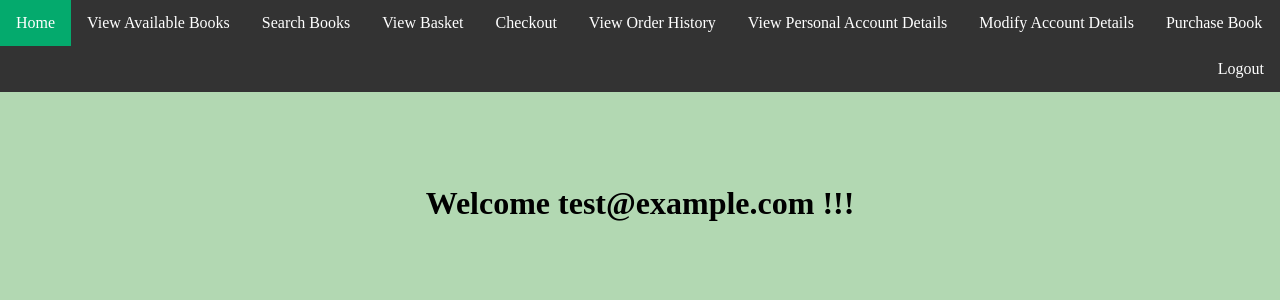
Repository: sach7691/original-book-store
Page: http://localhost/online-book-store-application/dashboard.jsp
These files come from the project's save history. The page is drawn as it stood at one moment and after the next save; the edit follows.
The browser window is 1280 px wide. The pictures show the whole page.
The page is served by Tomcat 9. The session is filled in as if someone had signed in: {"email": "test@example.com"}. Other server files are loaded and not shown. The template is opened directly, without the code that normally fills it, so the values that code supplies are empty.

Above is the page before, as saved 2022-08-26 09:20:47.

### online-book-store-application/src/main/webapp/dashboard.jsp

<%@ page language="java" contentType="text/html; charset=ISO-8859-1"
	pageEncoding="ISO-8859-1"%>
<%@ taglib uri="http://java.sun.com/jsp/jstl/core" prefix="c"%>
<!DOCTYPE html>
<html>
<head>
<meta charset="ISO-8859-1">
<meta name="viewport" content="width=device-width, initial-scale=1.0">
<title>Dashboard</title>
</head>
<body>
	<%

  response.setHeader("Cache-Control", "no-cache,no-store,must-revalidate"); //prevent back button after logout HTTP 1.1
  //HTTP 1.0 and if you use proxy seperatly should remove cache to prevent back button
   response.setHeader("Pragma","no-cache"); //HTTP 1.0
   response.setDateHeader ("Expires", 0);
  if(session.getAttribute("email")==null){
	response.sendRedirect("login.jsp");
}
%>
<style>


body
{
  margin: 0;
  background: rgba(0, 128, 0, 0.3);

}
 letter {
   color: #ea503f;
   font-family: Arial;
   float: center;
 }

ul.topnav {
  list-style-type: none;
  margin: 0;
  padding: 0;
  overflow: hidden;
  background-color: #333;
}

ul.topnav li {float: left;}

ul.topnav li a {
  display: block;
  color: white;
  text-align: center;
  padding: 14px 16px;
  text-decoration: none;
}

ul.topnav li a:hover:not(.active) {background-color: #111;}

ul.topnav li a.active {background-color: #04AA6D;}

ul.topnav li.right {float: right;}

@media screen and (max-width: 600px) {
  ul.topnav li.right,
  ul.topnav li {float: none;}
}
</style>
</head>
<body>
<form action="http://localhost:8080/online-book-store-application/LogoutCustomerServlet" method="GET">
<div>
<ul class="topnav">
  <li><a class="active" href="welcome.jsp">Home</a></li>
    <li><a href="http://localhost:8080/online-book-store-application/ViewBookServlet">View Available Books</a></li>
  <li><a href="search_book.jsp">Search Books</a></li>
  <li><a href="http://localhost:8080/online-book-store-application/BasketViewServlet">View Basket</a></li>
   <li><a href="login.jsp">Checkout</a></li>
  <li><a  href="">View Order History</a></li>
  <li><a href="">View Personal Account Details</a></li>
  <li><a href="">Modify Account Details</a></li>
  <li><a href="">Purchase Book</a></li>
  <li class="right"><a href="login.jsp">Logout</a></li>
</ul>
<br>
<br>
<br>
<br>
</div>
<center>
<div>
<p style="color: red;"><h1>Welcome ${email} !!!</h1></p>
</div>
</center>
</form>

</body>
</html>

After the next save:
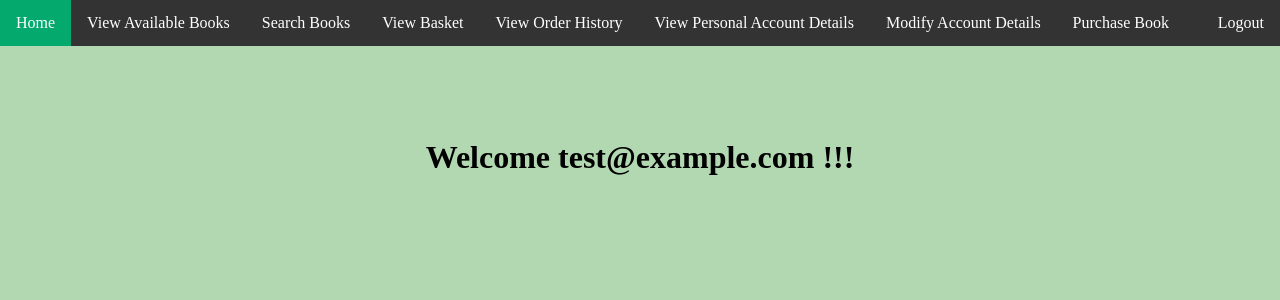
Saved 32 s later.
--- a/online-book-store-application/src/main/webapp/dashboard.jsp
+++ b/online-book-store-application/src/main/webapp/dashboard.jsp
@@ -73,7 +73,6 @@ ul.topnav li.right {float: right;}
     <li><a href="http://localhost:8080/online-book-store-application/ViewBookServlet">View Available Books</a></li>
   <li><a href="search_book.jsp">Search Books</a></li>
   <li><a href="http://localhost:8080/online-book-store-application/BasketViewServlet">View Basket</a></li>
-   <li><a href="login.jsp">Checkout</a></li>
   <li><a  href="">View Order History</a></li>
   <li><a href="">View Personal Account Details</a></li>
   <li><a href="">Modify Account Details</a></li>
